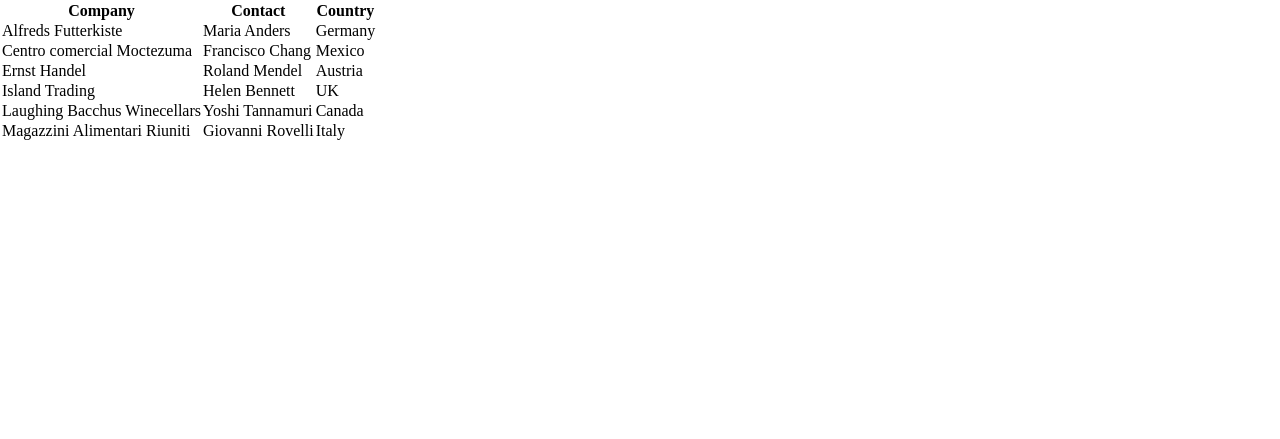
Repository: Seryozha02/ApiRequests
Page: index.html
An editor plug-in stored every save of this project. The page is shown before and after the next save, followed by the edit.
The browser window is 1280 px wide. The pictures show the whole page.

Above is the page before, as saved 2022-09-22 21:13:19.

After the next save:
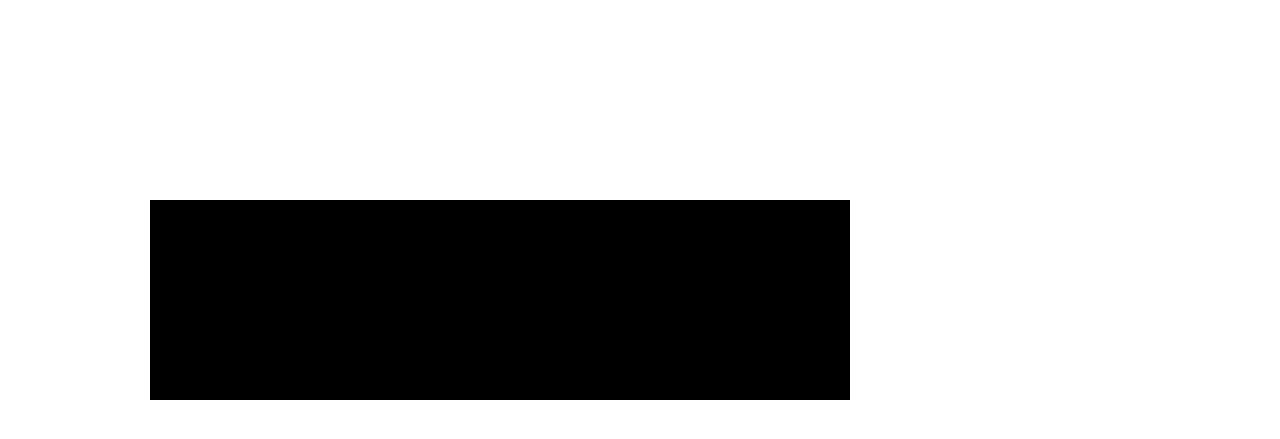
Saved 23 s later.
--- a/index.html
+++ b/index.html
@@ -8,7 +8,7 @@
     <link rel="stylesheet" href="style.css">
 </head>
 <body>
-    <table>
+    <table class="requests">
         <tr>
           <th>Company</th>
           <th>Contact</th>
